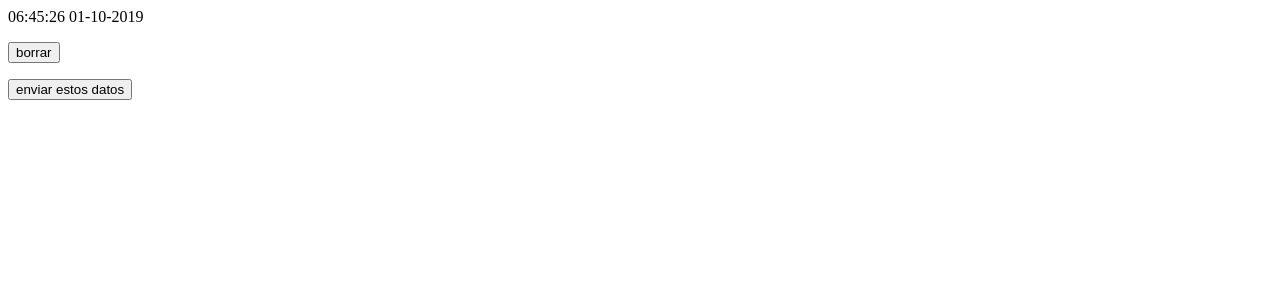
Repository: weertop/2DAW
Page: http://localhost/Formularios/checkRadio.jsp
The author's editor kept a copy of each file at every save. The page is drawn from the files as they stood at one save, then again after a run of saves.
The browser window is 1280 px wide. The pictures show the whole page.
The page is served by Tomcat 9.

Above is the page before, as saved 2019-10-02 08:36:26.

After the next 2 saves:
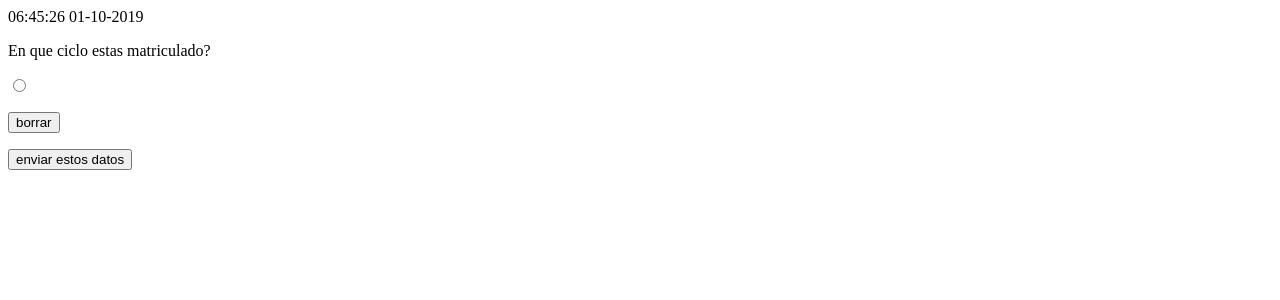
The 2 saves are shown as one change because they came seconds apart.
The last was saved 2 min 44 s later.
--- a/DWServidor/eclipse-workspace-photom/Formularios/WebContent/checkRadio.jsp
+++ b/DWServidor/eclipse-workspace-photom/Formularios/WebContent/checkRadio.jsp
@@ -17,6 +17,8 @@
 	%>
 
 	<form action="destinoCheckRadio.jsp" method="post">
+		<p> En que ciclo estas matriculado? </p>
+		<input type="radio" name="ciclo" value="asir" />
 		<p> <input type="reset" name="borrar" value="borrar" />	</p>
 		<p> <input type="submit" name="enviar" value="enviar estos datos" /> </p> <!-- el value es lo que se enviara -->
 	</form>
